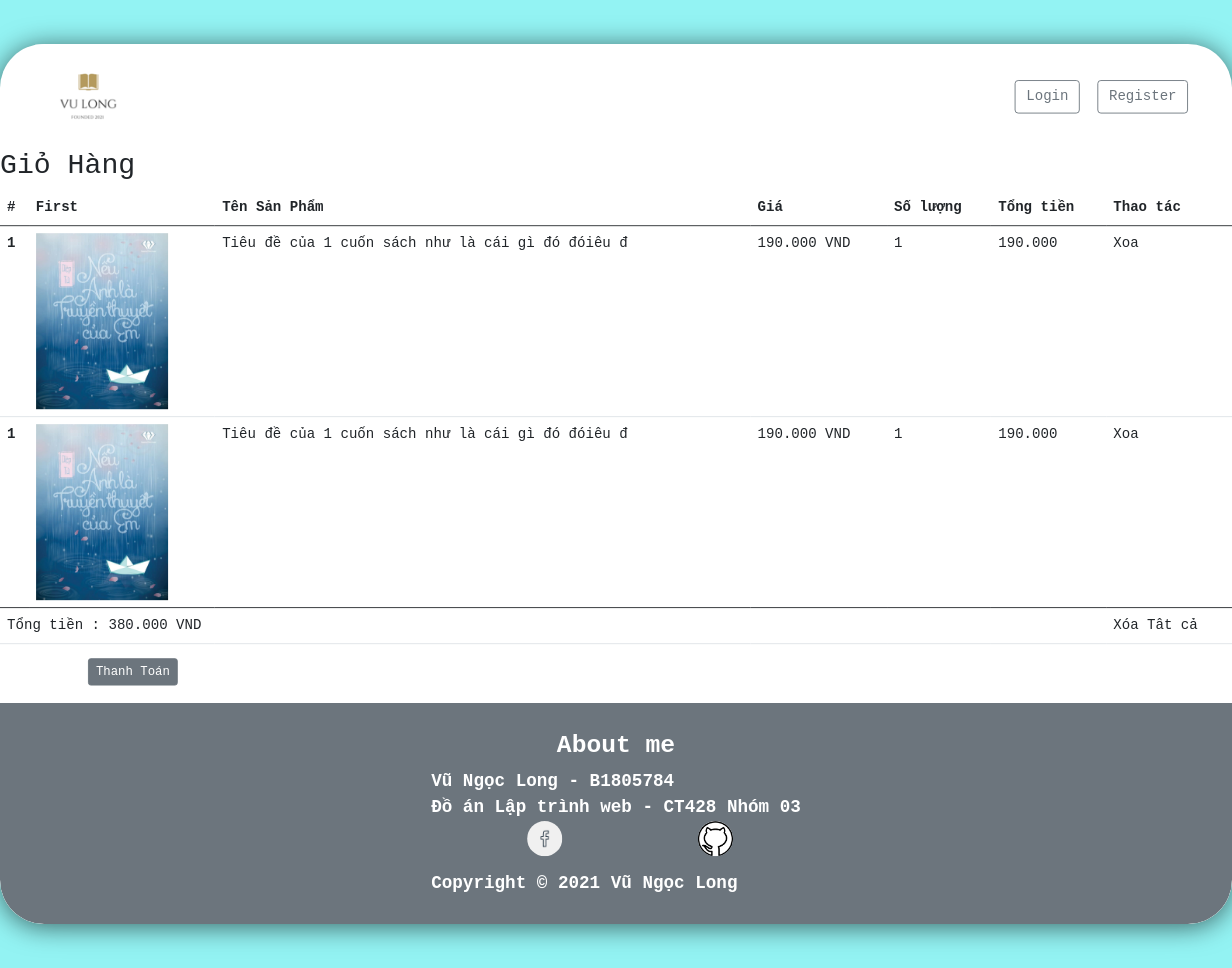
Repository: VuNgocLong2626/exercise_web_CT428
Page: VuNgocLongB1805784/user/giohang.html
The author's editor kept a copy of each file at every save. The page is drawn from the files as they stood at one save, then again after the next save.
The browser window is 1280 px wide. The page is 1400 px wide, so the pictures cover 1400 px, including what lies to the right of the window. The pictures show the whole page, at 88% of full size.

Above is the page before, as saved 2021-10-05 14:37:34.

### VuNgocLongB1805784/user/giohang.html
<!DOCTYPE html>
<html lang="en">
<head>
    <meta charset="UTF-8">
    <meta http-equiv="X-UA-Compatible" content="IE=edge">
    <meta name="viewport" content="width=device-width, initial-scale=1.0">
    <link href="https://cdn.jsdelivr.net/npm/bootstrap@5.0.2/dist/css/bootstrap.min.css" rel="stylesheet" integrity="sha384-EVSTQN3/azprG1Anm3QDgpJLIm9Nao0Yz1ztcQTwFspd3yD65VohhpuuCOmLASjC" crossorigin="anonymous">
    <link rel="stylesheet" href="./css/test.css">
    <title>Chi Tiết Sản Phẩm</title>
</head>
<body>
    <div class="main-contens">
        <div class="header">
            <a href="#"><img src="./image/logo120.png" alt="hinh logo" style="margin-left: 40px;"></a>
            <div class="from-individual">
                <button type="button" class="btn btn-outline-secondary" style="margin-right: 20px;">Login</button>
                <button type="button" class="btn btn-outline-secondary">Register</button>
            </div>
        </div>

        <div class="all-cart">
            <h2>Giỏ Hàng</h2>
            <table class="table">
                <thead>
                  <tr>
                    <th scope="col">#</th>
                    <th scope="col">First</th>
                    <th scope="col">Tên Sản Phẩm</th>
                    <th scope="col">Giá</th>
                    <th scope="col">Số lượng</th>
                    <th scope="col">Tổng tiền</th>
                    <th scope="col">Thao tác</th>
                  </tr>
                </thead>
                <tbody>
                  <tr>
                    <th scope="row">1</th>
                    <td><img src="./image/TT1.jpg" style="width: 150px; height: 200px;" alt=""></td>
                    <td>Tiêu đề của 1 cuốn sách như là cái gì đó đóiêu đ</td>
                    <td>190.000 VND</td>
                    <td>1</td>
                    <td>190.000</td>
                    <td>Xoa</td>
                  </tr>
                  <tr>
                    <th scope="row">1</th>
                    <td><img src="./image/TT1.jpg" style="width: 150px; height: 200px;" alt=""></td>
                    <td>Tiêu đề của 1 cuốn sách như là cái gì đó đóiêu đ</td>
                    <td>190.000 VND</td>
                    <td>1</td>
                    <td>190.000</td>
                    <td>Xoa</td>
                  </tr>
                </tbody>
                <tr>
                    <td colspan="6">Tổng tiền : 380.000 VND</td>
                    <td>Xóa Tât cả</td>
                </tr>
            </table>
            <a href="#" class="btn btn-secondary btn-sm" style="margin-left: 100px;">Thanh Toán</a>
        </div>

        <footer>
            <h3 style="font-weight: bold;">About me</h3>
            <div class=>
                <div>Vũ Ngọc Long - B1805784
                    <br>
                    Đồ án Lập trình web - CT428 Nhóm 03
                </div>
                <ul style="list-style: none; display: flex;">
                    <li><a href="#" target="_blank"><img src="./image/fb.png" alt="Github icon" style="width: 40px;height: 40px; border-radius: 200px;"></a></li>
                    <li><a href="#" target="_blank"><img src="./image/github.png" alt="Linked icon" style="width: 40px;height: 40px; border-radius: 200px;"></a></li>
                </ul>
                <div>
                    Copyright © 2021 Vũ Ngọc Long
                </div>
            </div>
        </footer>
    </div>
</body>
</html>

### VuNgocLongB1805784/user/css/test.css
* {
    margin: 0;
    padding: 0;
    box-sizing: border-box;
  }

body{
    font-family: 'Courier New', Courier, monospace;
    /* font-family: 'Times New Roman', Times, serif; */
    background-color: rgb(147, 243, 243);
}

.main-contens{
    overflow: auto;
    display: block;
    width: 1400px;
    height: 100%;
    background-color: white;
    margin: 50px auto;
    border-radius: 50px;
    box-shadow:0 3px 30px 0 rgba(0, 0, 0, 0.6);
}

/* header{
    z-index: 1200;
    position: -webkit-sticky;
    position: sticky;
    background-color: red;
    width: 100%;
    height: 100px;
} */

.header{

    position: -webkit-sticky;
    position: sticky;
    height: 120px;
    width: 100%;
    /* background-color: brown;  */
    z-index: 3333;
    justify-content: space-between;
    display: flex;
    align-items: center;
    left: 0;
    top: 0;
}

.from-individual{
    justify-content: flex-end;
    display: flex;
    margin-right: 50px;
}

/* .fa{
    display: inline-block;
    font: normal normal normal 14px/1 FontAwesome;
    text-rendering: auto;
    -webkit-font-smoothing: antialiased;
}

.fa-login{
    content: "\f090";
} */

.login{
    padding: 10px;
}

.register{
    padding: 10px;
}

.main-contens .baner{
    display: flexbox;
    margin: auto;
    /* background: violet; */
    background-image: none;
    background-repeat: no-repeat;
    background-position: center center;
    background-size: cover;
    width: 95%;
    height: 484px;
    margin: auto;
    margin-top: 20px;

}
.baner img{
    box-shadow:0 3px 20px 0 rgba(0, 0, 0, 0.6);
    border-radius: 100px;
    display: block;
    width: 100%;
    height: 474px;
}


.selling-products{
    overflow: auto;
    margin-top: 20px;
    /*  background-color: lawngreen; */
    width: 100%;
    height: 450px;
    /* display: flex; */
}

.selling-products .selling{
    width: 47%;
    height: 320px;
    overflow: auto;
    background-color: #f1f1f1;
    margin: 10px auto;
    box-shadow:0 3px 10px 0 rgba(0, 0, 0, 0.6);
    border-radius: 20px;
    /* padding: 20px; */
    /* font-size: 30px; */
}

.row-style{
    width: 658px;
    height: 320px;
}

.selling-products .title{
    display: block;
    width: 100%;
    height: 15%;
    /* background-color: #f1f1f1; */
    margin: 10px auto;
    padding-left: 40px;
    font-size: 35px;
    font-weight: bold;
    color: #6c757d;

}

.information-hot{
    display: flex;
    width: 100%;
    height: 350px;
}

.title-hot{
    margin: 20px 0;
    font-size: 20px;
    font-weight: bold;
}

.content-hot{
    height: 210px;
    width: 360px;
    overflow: auto;
}

.btn-hot{
    margin: 0 60px;
    font-size: 18px;
    width: 200px;
}

.all-products{
    overflow: auto;
    margin-top: 40px;
    /* background-color: red; */
    width: 100%;
    height: 1500px;
}

.all-products nav{
    overflow: auto;
    margin-top: 10px;
    width: 100%;
    height: 50px;
    /* background-color: rgb(52, 226, 12); */
    display: flex;
    justify-content: center;
}

nav > button{
    margin: 0 20px;
}

.all-products .products{
    /* display: flexbox; */
    overflow: auto;
    width: 100%;
    height: 1400px;
    /* background-color: gold; */
    /* justify-items: center;
    align-content: center; */
    padding-left: 60px;
}

.books{
    overflow: auto;
    float: left;
    width: 22%;
    height: 420px;
    background-color: #f1f1f1;
    margin: 13px 13px;
    border-radius: 20px;
}

.books:hover{
    box-shadow:0 3px 10px 0 rgba(0, 0, 0, 0.6);
    border-radius: 20px;
}

footer{
    height: 251px;
    border-radius: 0 0 50px 50px;
    width: 100%;
    background-color: #6c757d;
    margin-top: 20px;
    padding: 30px 0;
    display: flex;
    flex-direction: column;
    justify-content: center;
    align-items: center;
    color: white;
    font-size: 20px;
    font-weight: bold;
}

footer li{
    margin: auto;
}

.from-detail{
    /* overflow: auto; */
    margin: auto;
    height: 100%;
    width: 60%;
    background-color: #f1f1f1;
    border-radius: 50px;
}

.from-detail:hover{
    box-shadow:0 3px 10px 0 rgba(0, 0, 0, 0.6);
}

After the next save:
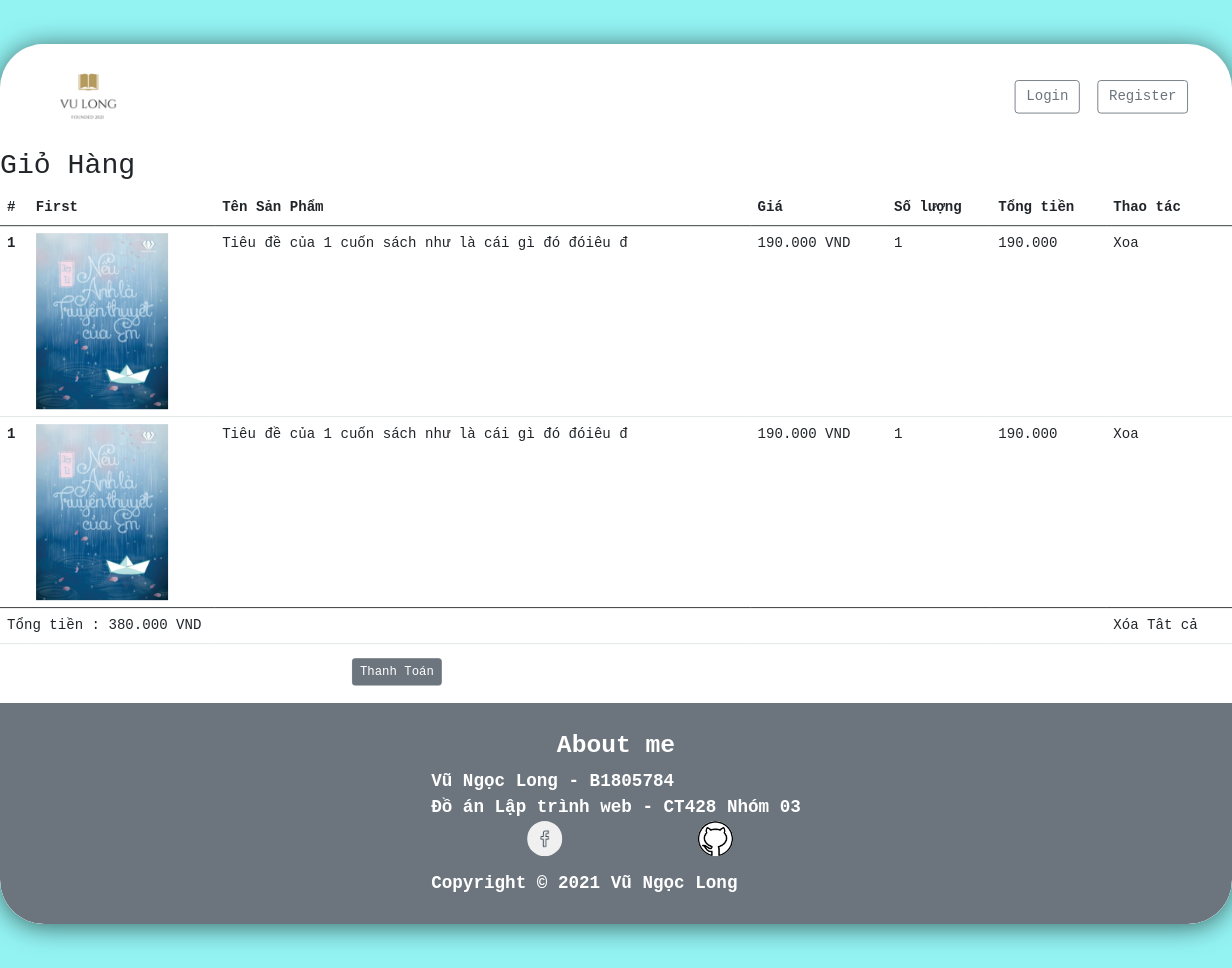
Saved 8 s later.
--- a/VuNgocLongB1805784/user/giohang.html
+++ b/VuNgocLongB1805784/user/giohang.html
@@ -57,7 +57,7 @@
                     <td>Xóa Tât cả</td>
                 </tr>
             </table>
-            <a href="#" class="btn btn-secondary btn-sm" style="margin-left: 100px;">Thanh Toán</a>
+            <a href="#" class="btn btn-secondary btn-sm" style="margin-left: 400px;">Thanh Toán</a>
         </div>
 
         <footer>
